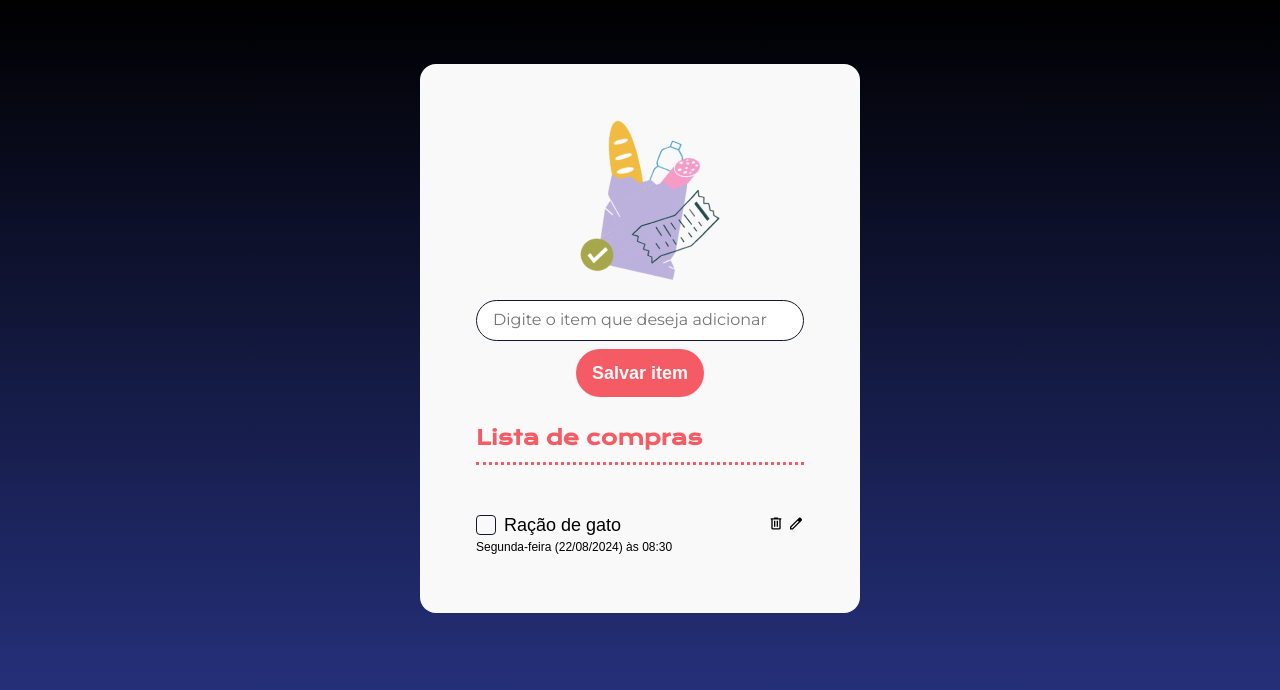
Repository: joaoPraiaJunior/compras_js
Page: index.html
An editor plug-in stored every save of this project. The page is shown before and after the next save, followed by the edit.
The browser window is 1280 px wide. The pictures show the whole page.
Some web fonts or font styles are not loaded; a fallback is used.

Above is the page before, as saved 2024-08-22 22:45:17.

### index.html
<!DOCTYPE html>
<html lang="pt-BR" dir="ltr">

<head>
    <meta charset="UTF-8">
    <meta name="viewport" content="width=device-width, initial-scale=1.0">
    <meta name="description" content="Lista de compras">
    <title>Lista de Compras</title>
    <link rel="preconnect" href="https://fonts.googleapis.com">
    <link rel="preconnect" href="https://fonts.gstatic.com" crossorigin>
    <link href="https://fonts.googleapis.com/css2?family=Krona+One&family=Montserrat&family=Numans&display=swap" rel="stylesheet">
    <link rel="stylesheet" href="./css/styles.css">
</head>

<body>
    <header>
        <img src="./img/bag.png" alt="sacola de compras">
    </header>
    <main>
        <form class="compras">
            <input class="compras__campo" type="text" name="compra" placeholder="Digite o item que deseja adicionar">
            <button class="compras__botao">Salvar item</button>
        </form>
        <h1>Lista de compras</h1>
        <hr>

        <ul class="lista">
            <li class="lista__item">
                <div class="lista__container">
                    <div class="lista__compra">

                        <label class="checkbox" for="racao_de_gato">
                            <input class="checkbox__input" type="checkbox" name="produto" id="racao_de_gato">
                            Ração de gato
                            <span class="checkbox__customizado checked"></span>
                        </label>
                    </div>
                    <div class="botao">
                        <button class="botao__excluir"><img src="./img/delete.svg" alt="Deletar"></button>
                        <button class="botao__editar"><img src="./img/edit.svg" alt="Editar"></button>
                    </div>
                </div>
                <p class="lista__data">Segunda-feira (<time datetime="2024-08-22">22/08/2024</time>) às <time>08:30</time></p>
            </li>
        </ul>
    </main>
</body>

</html>

### css/styles.css
* {
    box-sizing: border-box;
    margin: 0;
    padding: 0;
}

html {
    font-size: 62.5%;
}

:root {
    --cor-primaria: #F55B64;
    --cor-secundaria: #C2373F;
    --neutro: #F9F9F9;
    --preto: #131730;
    --fonte-titulo: "Krona One", sans-serif;
    --fonte-texto: 'Numans', sans-serif;
    --degrade-azul: linear-gradient(180deg, #000000 0%, #26327F 100%);
}

body {
    display: flex;
    flex-direction: column;
    align-items: center;
    background: var(--degrade-azul);
    background-repeat: no-repeat;
    font-size: 1.6rem;
    height: 100vh;
}

header {
    text-align: center;
    margin-top: 6.4rem;
    background-color: var(--neutro);
    border-radius: 1.6rem 1.6rem 0 0;
    padding: 5.6rem 5.6rem 1.6rem 5.6rem;
    width: 44.0rem;

}

main {
    display: flex;
    flex-direction: column;
    align-items: center;
    gap: 2.4rem;
    background-color: var(--neutro);
    border-radius: 0 0 1.6rem 1.6rem;
    padding: 0 5.6rem 5.6rem 5.6rem;
    width: 44.0rem;
}

h1 {
    align-self: flex-start;
    font-family: var(--fonte-titulo);
    font-size: 2.0rem;
    color: var(--cor-primaria);
    line-height: 3.3rem;
}

hr {
    border: none;
    border-bottom: .3rem dotted var(--cor-primaria);
    margin-bottom: 2.4rem;
    width: 100%;
}

hr:empty {
    margin-top: calc(1.6rem * -1);
}

p, label {
    font-family: var(--fonte-texto);
    font-size: 1.8rem;
    font-weight: 400;
    text-align: left;
    line-height: 2.4rem;
}


.compras {
    display: flex;
    flex-direction: column;
    gap: .8rem;
    width: 100%;
}

.compras__campo {
    border: .1rem solid var(--preto);
    border-radius: 2.4rem;
    padding: 1.2rem 1.6rem;
}

.compras__campo::placeholder {
    font-family: "Montserrat", sans-serif;
    font-size: 1.6rem;
    line-height: 1.9rem;
}

.compras__botao {
    align-self: center;
    font-family: var(--fonte-texto);
    font-size: 1.8rem;
    font-weight: bolder;
    line-height: 2.4rem;
    color: var(--neutro);
    background-color: var(--cor-primaria);
    border: none;
    border-radius: 2.4rem;
    padding: 1.2rem 1.6rem;
    cursor: pointer;
}

.lista {
    list-style: none;
    width: 100%;
}

.lista__container {
    display: flex;
    align-items: center;
    justify-content: space-between;
}

.lista__compra {
    display: flex;
    align-items: center;
}

.lista__etiqueta {
    cursor: pointer;
}

.lista__data {
    font-size: 1.2rem;
    line-height: 2.0rem;
}

.checkbox {
    display: flex;
    align-items: center;
    flex-direction: row-reverse;
    cursor: pointer;
}
.checkbox__input {
    opacity: 0;
    width: 0;
    height: 0;
}

.checkbox__customizado {
    background-color: var(--neutro);
    margin-right: .8rem;
    border: .1rem solid var(--preto);
    border-radius: .4rem;
    width: 2.0rem;
    height: 2.0rem;
    cursor: pointer
}

.checkbox__input:checked ~ .checked {
    position: relative;
    background-color: var(--preto);
}

.checked::before {
    content: "";
    position: absolute;
    top: -10%;
    left: 30%;
    width: .5rem;
    height: 1.4rem;
    border-top: .2rem solid var(--neutro);
    border-left: .2rem solid var(--neutro);
    transform: rotate(-140deg);
}

.botao__excluir, .botao__editar {
    background-color: transparent;
    border: none
}

After the next save:
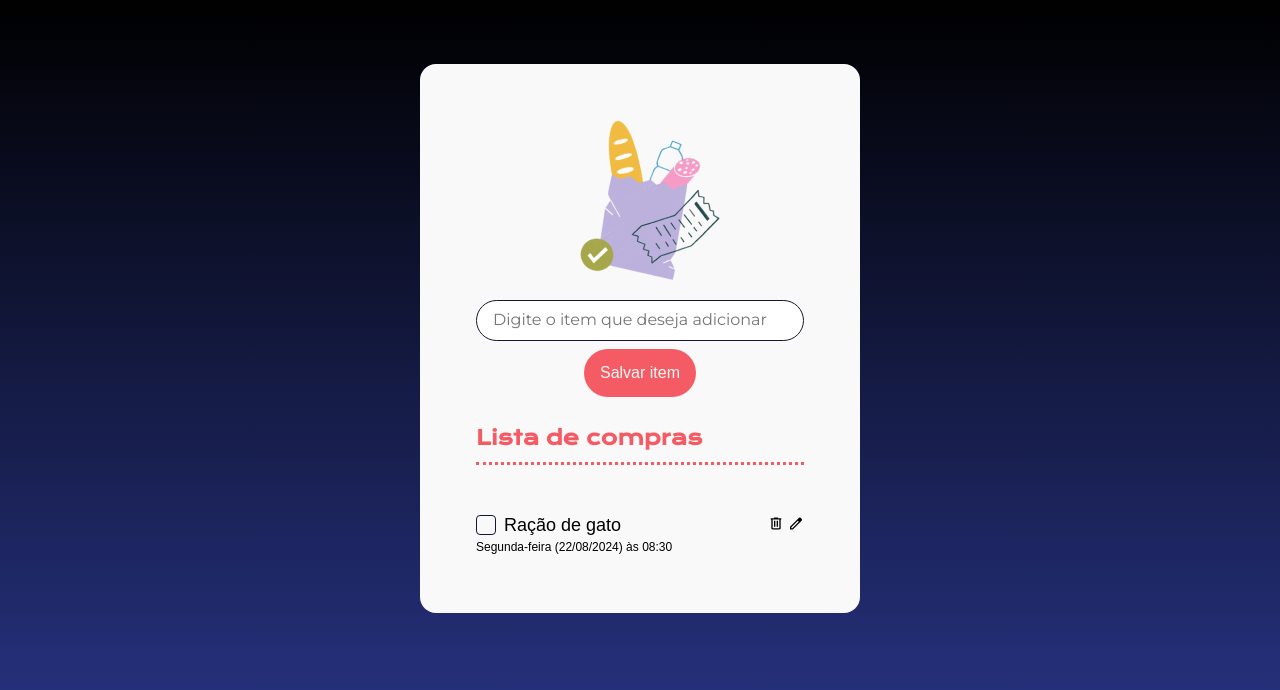
Saved 28 s later.
--- a/css/styles.css
+++ b/css/styles.css
@@ -99,8 +99,7 @@ p, label {
 .compras__botao {
     align-self: center;
     font-family: var(--fonte-texto);
-    font-size: 1.8rem;
-    font-weight: bolder;
+    font-size: 1.6rem;
     line-height: 2.4rem;
     color: var(--neutro);
     background-color: var(--cor-primaria);
